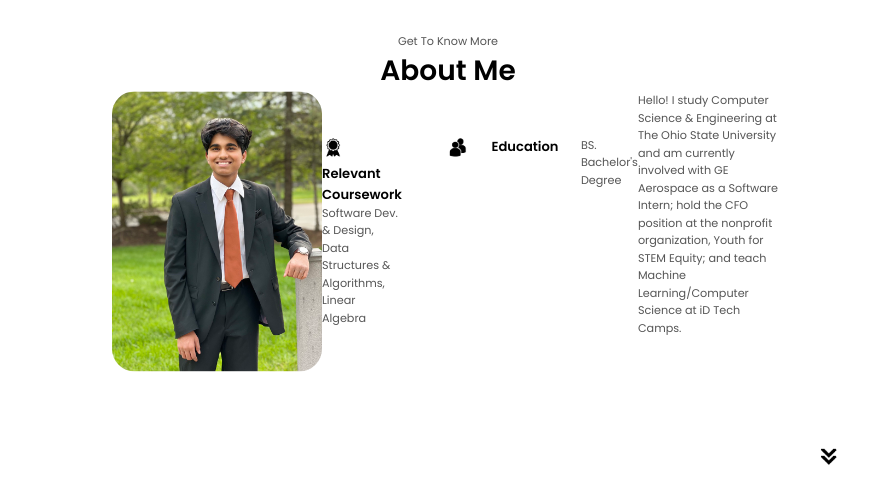
Repository: anuragkej/OldPortfolio
Page: index.html
These files come from the project's save history. The page is drawn as it stood at one moment and after the next save; the edit follows.
The browser window is 1280 px wide. The pictures show the part of the page from y = 682 to 2602 px (the page is 1390 px tall before and 2779 px after), at 70% of full size.

Above is the page before, as saved 2024-05-26 04:57:35.

### index.html
<!DOCTYPE html>
<html lang="en">
<head>
    <meta charset="UTF-8">
    <meta name="viewport" content="width=device-width, initial-scale=1.0">
    <title>Personal Portfolio</title>
    <link rel="stylesheet" href="style.css">
    <link rel="stylesheet" href="mediaqueries.css">
</head>
<body>
    <nav id="desktop-nav">
        <div class="logo">Anurag Kejriwal</div>
        <div>
            <ul class="nav-links">
                <li><a href="#about">About</a></li>
                <li><a href="#experience">Experience</a></li>
                <li><a href="#projects">Projects</a></li>
                <li><a href="#contact">Contact</a></li>
            </ul>
        </div>
    </nav>
    <nav id="hamburger-nav">
        <div class="logo">Anurag Kejriwal</div>
        <div class="hamburger-menu">
            <div class="hamburger-icon" onclick="toggleMenu()">
                <span></span>
                <span></span>
                <span></span>
            </div>
            <div class="menu-links">
                <li><a href="#about" onclick="toggleMenu()" >About</a></li>
                <li><a href="#experience" onclick="toggleMenu()">Experience</a></li>
                <li><a href="#projects" onclick="toggleMenu()">Projects</a></li>
                <li><a href="#contact" onclick="toggleMenu()">Contact</a></li>
            </div>
        </div>
    </nav>
    <section id="profile">
        <div class="section_pic-container">
            <img src="./assets/anuragprofpic.png" alt="Anurag Kejriwal profile picture">
        </div>
        <div class="section__text">
            <p class="section__text__p1">Hello, I'm</p>
            <h1 class="title">Anurag Kejriwal</h1>
            <p class="section__text__p2">Passion-Driven Developer</p>
            <div class="btn-container">
                <button class="btn btn-color-2"
                onclick="window.open('./assets/AnuragKejriwalResume_2026.pdf')">Resume</button>
                <button class="btn btn-color-1"
                onclick="location.href='./#contact'">Contact</button>
            </div>
            <div id="socials-container">
                <img src="./assets/linkedin.png" alt="My LinkedIn Profile"
                class ="icon" onclick="location.href='https://linkedin.com/in/anuragkejriwal1/'">
                <img src="./assets/github.png" alt="My Github Profile"
                class ="icon" onclick="location.href='https://github.com/anuragkej'">
            </div>
        </div>
    </section>
    <section id="about">
        <p class="section__text__p1">Get To Know More</p>
        <h1 class="title">About Me</h1>
        <div class="section-container">
        <div class="section__pic-container">
            <img src="./assets/E4CC9343-5963-4651-9569-35505B2238C1_1_105_c.jpeg" alt="Profile Picture" class="about-pic"/>
        </div>
        <div class="about-details-container">
            <div class="about-containers">
                <div class="details-container">
                    <img src="./assets/experience.png" alt="Experience icon" class="icon"/>
                    <h3>Relevant Coursework</h3>
                    <p>Software Dev. & Design, Data Structures & Algorithms, Linear Algebra</p>
                </div>
                <div class="details-container"></div>
                <img src="./assets/education.png" alt="Education icon" class="icon"/>
                    <h3>Education</h3>
                    <p>BS. Bachelor's Degree</p>
            </div>
        </div>
        <div class="text-container">
            <p>Hello! I study Computer Science & Engineering at The Ohio State University and am currently involved with GE Aerospace as a Software Intern; hold the CFO position at the nonprofit organization, Youth for STEM Equity; and teach Machine Learning/Computer Science at iD Tech Camps.</p>
        </div>
        </div>
        <img src="./assets/arrow.png"
        alt="Arrow Image"
        class="icon arrow"
        onclick = "location.href='./#experience'"
        >
    </section>
    <script src="script.js"></script>

</body>
</html>

### style.css
/* General */

@import url('https://fonts.googleapis.com/css2?family=Poppins:wght@300;400;500;600&display=swap');
*{
    margin: 0;
    padding: 0;
}

body{
    font-family: "Poppins", sans-serif;
}

html{
    scroll-behavior: smooth;
}

p{
    color: rgb(85, 85, 85);
}

/* Transition */
/* all the links, with button*/

a,
.btn{
    transition: all 300ms ease;
}

/*Desktop navigation */

nav, .nav-links {
    display: flex;
}

nav{
    justify-content: space-around;
    align-items: center;
    height: 17vh;
}

.nav-links{
    gap: 2rem;
    list-style: none;
    font-size: 1.45rem;
}

a{
    color: black;
    text-decoration: none;
    text-decoration-color: white;

}

a:hover{
    color: grey;
    text-decoration: underline;
    text-underline-offset: 0.7rem;
    text-decoration-color: rgb(181, 181, 181);
}

.logo{
    font-size: 1.5rem
}

.logo:hover{
    cursor:default;
}

/*Hamburger menu */

#hamburger-nav{
    display: none;
}

.hamburger-menu{
    position: relative;
    display: inline-block;
}

.hamburger-icon{
    display: flex;
    flex-direction: column;
    justify-content: space-between;
    height: 24px;
    width: 30px;
    cursor: pointer;
}

.hamburger-icon span{
    width: 100%;
    height: 2px;
    background-color: black;
    transition: all 0.3 ease-in-out;
}

.menu-links{
    position: absolute;
    top: 100%;
    right: 0%;
    background-color: white;
    width: fit-content;
    max-height: 0;
    overflow: hidden;
    transition: all 0.3 ease-in-out;
}

.menu-links a{
    display: block;
    padding: 10px;
    text-align: center;
    font-size: 1.5rem;
    color:black;
    text-decoration: none;
    transition: all 0.3 ease-in-out;

}

.menu-links li{
    list-style: none;
}

.menu-links.open{
    max-height: 300px;
}

.hamburger-icon.open span:first-child{
    transform: rotate(45deg) translate(10px, 5px);
}
.hamburger-icon.open span:nth-child(2){
    opacity: 0;
}
.hamburger-icon.open span:last-child{
    transform: rotate(-45deg) translate(10px, -5px);
}

.hamburger-icon span:first-child{
    transform: none;
}
.hamburger-icon span:first-child{
    opacity: 1;
}
.hamburger-icon span:first-child{
    transform: none;
}

/*Sections*/

section{
    padding-top: 4vh;
    height: 96vh;
    margin: 0 10rem;
    box-sizing: border-box;
    min-height: fit-content;
}

.section-container{
    display: flex;
}

/*Profile Section*/

#profile {
    display: flex;
    justify-content: center;
    gap: 5rem;
    height: 80vh;
}

.section__pic-container{
    display: flex;
    height: 400px;
    width: 400px;
    margin: auto 0;
}

.section__text{
    align-self: center;
    text-align: center;

}

.section__text p{
    font-weight: 600;
}

.section__text__p1{
    text-align: center;
}
.section__text__p2{
    font-size: 2rem;
    margin-bottom: 1rem;
}

.title{
    font-size: 2.5rem;
    text-align: center;
}

#socials-container{
    display: flex;
    justify-content: center;
    margin-top: 1rem;
    gap: 1rem;
}

/*Icon*/

.icon{
    cursor: pointer;
    height: 2rem;
}

/*Buttons*/

.btn-container{
    display: flex;
    justify-content: center;
    gap: 1rem;

}

.btn{
    font-weight: 600;
    transition: all 300ms ease;
    padding: 1rem;
    width: 8rem;
    border-radius: 2rem;
}

.btn-color-1, .btn-color-2{
    border: rgb(53,53,53) 0.1rem solid;
}

.btn-color-1:hover, .btn-color-2:hover{
    cursor: pointer;
}


.btn-color-1:hover, .btn-color-2:hover{
    background: rgb(42, 42, 42);
    color: white;
}

.btn-color-2, .btn-color-1 {
    background: none;
}

.btn-color-2:hover{
    border: rgb(255,255,255) 0.3rem solid;
}


.btn-color-1:hover{
    border: rgb(255,255,255) 0.3rem solid;
}

.btn-container {
    gap: 1rem;
}

/*About section*/

#about{
    position: relative;
}

.about-containers{
    gap:2rem;
    margin-bottom: 2rem;
    margin-top: 2rem;
}

.about-details-container{
    justify-content: center;
    flex-direction: column;

}

.about-containers, .about-details-container{
    display: flex;
}

.about-pic{
    border-radius: 2rem;
}

.arrow{
    position: absolute;
    right: -5rem;
    bottom: 2.5rem;
}
/* General */

@import url('https://fonts.googleapis.com/css2?family=Poppins:wght@300;400;500;600&display=swap');
*{
    margin: 0;
    padding: 0;
}

body{
    font-family: "Poppins", sans-serif;
}

html{
    scroll-behavior: smooth;
}

p{
    color: rgb(85, 85, 85);
}

/* Transition */
/* all the links, with button*/

a,
.btn{
    transition: all 300ms ease;
}

/*Desktop navigation */

nav, .nav-links {
    display: flex;
}

nav{
    justify-content: space-around;
    align-items: center;
    height: 17vh;
}

.nav-links{
    gap: 2rem;
    list-style: none;
    font-size: 1.45rem;
}

a{
    color: black;
    text-decoration: none;
    text-decoration-color: white;

}

a:hover{
    color: grey;
    text-decoration: underline;
    text-underline-offset: 0.7rem;
    text-decoration-color: rgb(181, 181, 181);
}

.logo{
    font-size: 1.5rem
}

.logo:hover{
    cursor:default;
}

/*Hamburger menu */

#hamburger-nav{
    display: none;
}

.hamburger-menu{
    position: relative;
    display: inline-block;
}

.hamburger-icon{
    display: flex;
    flex-direction: column;
    justify-content: space-between;
    height: 24px;
    width: 30px;
    cursor: pointer;
}

.hamburger-icon span{
    width: 100%;
    height: 2px;
    background-color: black;
    transition: all 0.3 ease-in-out;
}

.menu-links{
    position: absolute;
    top: 100%;
    right: 0%;
    background-color: white;
    width: fit-content;
    max-height: 0;
    overflow: hidden;
    transition: all 0.3 ease-in-out;
}

.menu-links a{
    display: block;
    padding: 10px;
    text-align: center;
    font-size: 1.5rem;
    color:black;
    text-decoration: none;
    transition: all 0.3 ease-in-out;

}

.menu-links li{
    list-style: none;
}

.menu-links.open{
    max-height: 300px;
}

.hamburger-icon.open span:first-child{
    transform: rotate(45deg) translate(10px, 5px);
}
.hamburger-icon.open span:nth-child(2){
    opacity: 0;
}
.hamburger-icon.open span:last-child{
    transform: rotate(-45deg) translate(10px, -5px);
}

.hamburger-icon span:first-child{
    transform: none;
}
.hamburger-icon span:first-child{
    opacity: 1;
}
.hamburger-icon span:first-child{
    transform: none;
}

/*Sections*/

section{
    padding-top: 4vh;
    height: 96vh;
    margin: 0 10rem;
    box-sizing: border-box;
    min-height: fit-content;
}

.section-container{
    display: flex;
}

/*Profile Section*/

#profile {
    display: flex;
    justify-content: center;
    gap: 5rem;
    height: 80vh;
}

.section__pic-container{
    display: flex;
    height: 400px;
    width: 400px;
    margin: auto 0;
}

.section__text{
    align-self: center;
    text-align: center;

}

.section__text p{
    font-weight: 600;
}

.section__text__p1{
    text-align: center;
}
.section__text__p2{
    font-size: 2rem;
    margin-bottom: 1rem;
}

.title{
    font-size: 2.5rem;
    text-align: center;
}

#socials-container{
    display: flex;
    justify-content: center;
    margin-top: 1rem;
    gap: 1rem;
}

/*Icon*/

.icon{
    cursor: pointer;
    height: 2rem;
}

/*Buttons*/

.btn-container{
    display: flex;
    justify-content: center;
    gap: 1rem;

}

.btn{
    font-weight: 600;
    transition: all 300ms ease;
    padding: 1rem;
    width: 8rem;
    border-radius: 2rem;
}

.btn-color-1, .btn-color-2{
    border: rgb(53,53,53) 0.1rem solid;
}

.btn-color-1:hover, .btn-color-2:hover{
    cursor: pointer;
}


.btn-color-1:hover, .btn-color-2:hover{
    background: rgb(42, 42, 42);
    color: white;
}

.btn-color-2, .btn-color-1 {
    background: none;
}

.btn-color-2:hover{
    border: rgb(255,255,255) 0.3rem solid;
}


.btn-color-1:hover{
    border: rgb(255,255,255) 0.3rem solid;
}

.btn-container {
    gap: 1rem;
}

/*About section*/

#about{
    position: relative;
}

.about-containers{
    gap:2rem;
}

.about-details-container{
    justify-content: center;
    flex-direction: column;

}

.about-containers, .about-details-container{
    display: flex;
}

.about-pic{
    border-radius: 2rem;
}

.arrow{
    position: absolute;
    right: -5rem;
    bottom: 2.5rem;
}

### mediaqueries.css
@media screen and (max-width: 1200px) {
    #desktop-nav {
        display: none;
    }
    #hamburger-nav{
        display: flex;
    }
}

### script.js
function toggleMenu(){
    const menu = document.querySelector(".menu-links");
    const icon = document.querySelector(".hamburger-icon");
    menu.classList.toggle("open");
    icon.classList.toggle("open");
}
function toggleMenu(){
    const menu = document.querySelector(".menu-links");
    const icon = document.querySelector(".hamburger-icon");
    menu.classList.toggle("open");
    icon.classList.toggle("open");
}

After the next save:
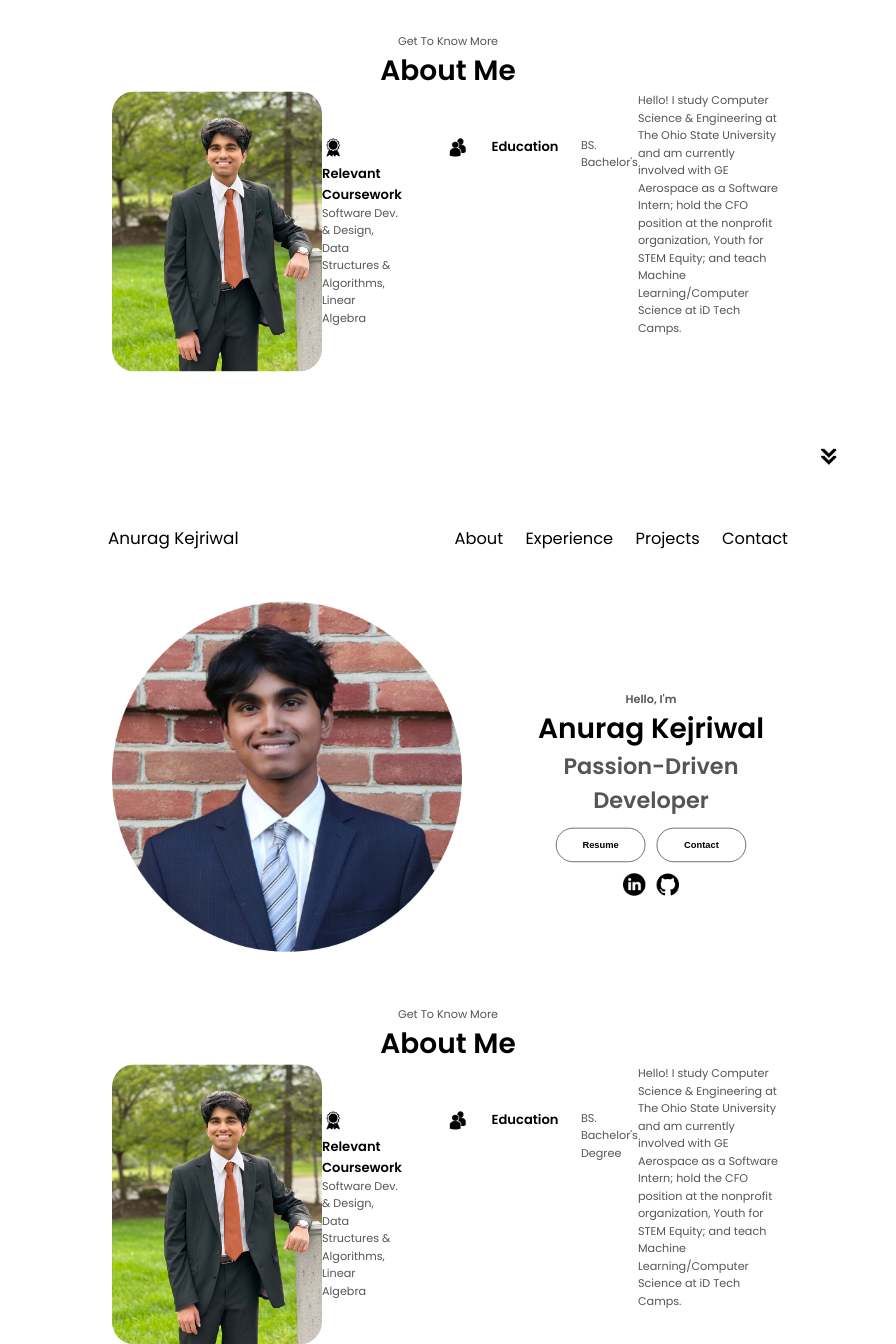
Saved 7 s later.
--- a/index.html
+++ b/index.html
@@ -1,3 +1,96 @@
+<!DOCTYPE html>
+<html lang="en">
+<head>
+    <meta charset="UTF-8">
+    <meta name="viewport" content="width=device-width, initial-scale=1.0">
+    <title>Personal Portfolio</title>
+    <link rel="stylesheet" href="style.css">
+    <link rel="stylesheet" href="mediaqueries.css">
+</head>
+<body>
+    <nav id="desktop-nav">
+        <div class="logo">Anurag Kejriwal</div>
+        <div>
+            <ul class="nav-links">
+                <li><a href="#about">About</a></li>
+                <li><a href="#experience">Experience</a></li>
+                <li><a href="#projects">Projects</a></li>
+                <li><a href="#contact">Contact</a></li>
+            </ul>
+        </div>
+    </nav>
+    <nav id="hamburger-nav">
+        <div class="logo">Anurag Kejriwal</div>
+        <div class="hamburger-menu">
+            <div class="hamburger-icon" onclick="toggleMenu()">
+                <span></span>
+                <span></span>
+                <span></span>
+            </div>
+            <div class="menu-links">
+                <li><a href="#about" onclick="toggleMenu()" >About</a></li>
+                <li><a href="#experience" onclick="toggleMenu()">Experience</a></li>
+                <li><a href="#projects" onclick="toggleMenu()">Projects</a></li>
+                <li><a href="#contact" onclick="toggleMenu()">Contact</a></li>
+            </div>
+        </div>
+    </nav>
+    <section id="profile">
+        <div class="section_pic-container">
+            <img src="./assets/anuragprofpic.png" alt="Anurag Kejriwal profile picture">
+        </div>
+        <div class="section__text">
+            <p class="section__text__p1">Hello, I'm</p>
+            <h1 class="title">Anurag Kejriwal</h1>
+            <p class="section__text__p2">Passion-Driven Developer</p>
+            <div class="btn-container">
+                <button class="btn btn-color-2"
+                onclick="window.open('./assets/AnuragKejriwalResume_2026.pdf')">Resume</button>
+                <button class="btn btn-color-1"
+                onclick="location.href='./#contact'">Contact</button>
+            </div>
+            <div id="socials-container">
+                <img src="./assets/linkedin.png" alt="My LinkedIn Profile"
+                class ="icon" onclick="location.href='https://linkedin.com/in/anuragkejriwal1/'">
+                <img src="./assets/github.png" alt="My Github Profile"
+                class ="icon" onclick="location.href='https://github.com/anuragkej'">
+            </div>
+        </div>
+    </section>
+    <section id="about">
+        <p class="section__text__p1">Get To Know More</p>
+        <h1 class="title">About Me</h1>
+        <div class="section-container">
+        <div class="section__pic-container">
+            <img src="./assets/E4CC9343-5963-4651-9569-35505B2238C1_1_105_c.jpeg" alt="Profile Picture" class="about-pic"/>
+        </div>
+        <div class="about-details-container">
+            <div class="about-containers">
+                <div class="details-container">
+                    <img src="./assets/experience.png" alt="Experience icon" class="icon"/>
+                    <h3>Relevant Coursework</h3>
+                    <p>Software Dev. & Design, Data Structures & Algorithms, Linear Algebra</p>
+                </div>
+                <div class="details-container"></div>
+                <img src="./assets/education.png" alt="Education icon" class="icon"/>
+                    <h3>Education</h3>
+                    <p>BS. Bachelor's </p>
+            </div>
+        </div>
+        <div class="text-container">
+            <p>Hello! I study Computer Science & Engineering at The Ohio State University and am currently involved with GE Aerospace as a Software Intern; hold the CFO position at the nonprofit organization, Youth for STEM Equity; and teach Machine Learning/Computer Science at iD Tech Camps.</p>
+        </div>
+        </div>
+        <img src="./assets/arrow.png"
+        alt="Arrow Image"
+        class="icon arrow"
+        onclick = "location.href='./#experience'"
+        >
+    </section>
+    <script src="script.js"></script>
+
+</body>
+</html>
 <!DOCTYPE html>
 <html lang="en">
 <head>
